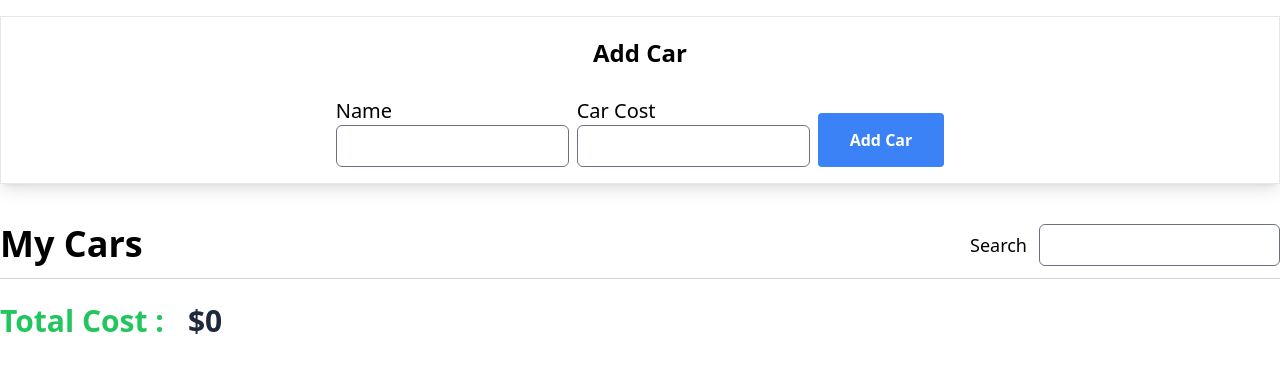
Repository: Marhamat92/carsappreduxtoolkit
Page: /
The author's editor kept a copy of each file at every save. The page is drawn from the files as they stood at one save, then again after the next save.
The browser window is 1280 px wide. The pictures show the whole page.
The project was rebuilt for these pictures with package versions that can differ from the ones it lists, and the page was loaded fresh each time.

Above is the page before, as saved 2023-01-24 01:00:04.

### src/index.js
import React from 'react';
import ReactDOM from 'react-dom/client';
import './index.css';
import App from './App';
import { Provider } from 'react-redux';
import { store } from './store'


const root = ReactDOM.createRoot(document.getElementById('root'));
root.render(
  <Provider store={store}>
    <App />
  </Provider>
);

### src/App.js
import CarForm from "./components/CarForm";
import CarList from "./components/CarList";
import CarSearch from "./components/CarSearch";
import CarValue from "./components/CarValue";


function App() {
  return (
    <div className="container mx-auto">
      <CarForm />
      <CarSearch />
      <CarList />
      <CarValue />
    </div>
  );
}

export default App;

### src/store/index.js
import { configureStore } from "@reduxjs/toolkit";
import {
  carsReducer,
  addCar,
  removeCar,
  changeSearchTerm,
} from "./slices/carsSlice";
import { formReducer, changeName, changeCost } from "./slices/formSlice";

const store = configureStore({
  reducer: {
    cars: carsReducer,
    form: formReducer,
  },
})

export { store, addCar, removeCar, changeSearchTerm, changeName, changeCost };

### src/components/CarForm.js
import React from 'react'
import { useDispatch, useSelector } from 'react-redux'
import { changeName, changeCost, addCar } from '../store'



function CarForm() {
  const dispatch = useDispatch(); // this is the hook that allows us to dispatch actions to the store
  const { name, cost } = useSelector((state) => { // this is the hook that allows us to access the store
    return {
      name: state.form.name,
      cost: state.form.cost
    }
  })


  const handleNameChange = (e) => {
    dispatch(changeName(e.target.value))
  }

  const handleCostChange = (e) => {
    const carCost = parseInt(e.target.value) || 0;
    dispatch(changeCost(carCost))

  }


  const handleSubmit = (e) => {
    e.preventDefault();
    dispatch(addCar({ name, cost }))
  }


  //!after adding a car, clear the form fields with extra reducers which will be added to the formSlice,otherwise we can use dispatch(changeName('')) and dispatch(changeCost(0)) to clear the form fields but it is not a good practice



  return (
    <div className='flex flex-col items-center justify-center border shadow-lg py-4 mt-4'>
      <h1 className='font-bold text-2xl py-1' >Add Car</h1>
      <div className='mt-6'>
        <form onSubmit={handleSubmit} className=''>
          <div className='flex flex-row space-x-2 '>
            <div className='flex flex-col'>
              <label className='text-xl' htmlFor='make'>Name</label>
              <input className=' border border-gray-500 rounded-md py-2

              ' value={name} onChange={handleNameChange} type='text' name='carName' id='carName' />
            </div>
            <div className='flex flex-col'>
              <label className='text-xl' htmlFor='price'>Car Cost</label>
              <input className=' border border-gray-500 rounded-md py-2

              ' value={cost || ''} onChange={handleCostChange} type='number' name='price' id='price' />
            </div>
            <div className='flex '>
              <button className='bg-blue-500 hover:bg-blue-700 text-white font-bold   px-8 rounded mt-4' type='submit'>Add Car</button>
            </div>
          </div>


        </form>
      </div>
    </div>
  )
}

export default CarForm

### src/components/CarList.js
import React from 'react'
import { useSelector, useDispatch } from 'react-redux'
import { removeCar } from '../store'


function CarList() {


  const dispatch = useDispatch();

  const cars = useSelector(({ cars: { searchTerm, data } }) => {   //! <--- destructuring the state object to get the searchTerm and data properties
    return data.filter((car) => {
      return car.name.toLowerCase().includes(searchTerm.toLowerCase())
    })
  })

  const handleDeleteCar = (car) => {
    dispatch(removeCar(car.id))
  }



  const renderedCars = cars.map((car) => {
    return (
      <div className='flex justify-between space-y-3 items-center shadow-lg mt-4 py-2 px-4 rounded-md' key={car.id}>
        <p className='text-3xl' >{car.name} - ${car.cost}</p>
        <button onClick={() => handleDeleteCar(car)} className='bg-red-500 px-4 py-2 text-3xl rounded-md'>
          Remove
        </button>
      </div>
    )
  })




  return (
    <div>{renderedCars}</div>
  )
}

export default CarList

### src/components/CarSearch.js
import React from 'react'
import { useSelector, useDispatch } from 'react-redux'
import { changeSearchTerm } from '../store'


function CarSearch() {

  const dispatch = useDispatch();
  const searchTerm = useSelector((state) => {

    return state.cars.searchTerm

  })

  const handleSearchCarTerm = (e) => {
    dispatch(changeSearchTerm(e.target.value))
  }



  return (
    <div>
      <div className='flex justify-between mt-10 border-b border-gray-300 pb-3' >
        <h1 className='text-4xl font-bold' >My Cars</h1>
        <div className='flex space-x-3 items-center' >
          <label className='text-lg' htmlFor="">Search</label>
          <input value={searchTerm} onChange={handleSearchCarTerm} className='pl-2 border border-gray-500 py-2 rounded-md' type="text" />
        </div>
      </div>
    </div>
  )
}

export default CarSearch

### src/components/CarValue.js
import React from 'react'
import { useSelector } from 'react-redux'

function CarValue() {

  const totalCost = useSelector(({ cars: { data, searchTerm } }) =>
    data.filter((car) => car.name.toLowerCase().includes(searchTerm.toLowerCase())
    )
      .reduce((acc, car) => acc + car.cost, 0)
  );



  return (
    <div className='flex  space-x-6 mt-6'>
      <h1 className='text-3xl font-bold text-green-500' >Total Cost :</h1>
      <h1 className='text-3xl font-bold text-slate-800'>${totalCost}</h1>
    </div>
  )
}

export default CarValue

### src/store/slices/carsSlice.js
import { createSlice, nanoid } from '@reduxjs/toolkit';

const carsSlice = createSlice({
  name: 'cars',
  initialState: {
    data: [],
    searchTerm: ''
  },
  reducers: {
    changeSearchTerm(state, action) {
      state.searchTerm = action.payload;
    },
    addCar(state, action) {
      //Assumption:
      //action.payload is an object with the following properties:
      //name, cost, id
      state.data.push({
        name: action.payload.name,
        cost: action.payload.cost,
        id: nanoid()
      })
    },
    removeCar(state, action) {
      //Assumption:
      //action.payload is the id of the car to remove
      const updatedCars = state.data.filter((car) => {
        return car.id !== action.payload;
      })
      state.data = updatedCars;
    }

  }
})

export const { changeSearchTerm, addCar, removeCar } = carsSlice.actions;
export const carsReducer = carsSlice.reducer;

### src/store/slices/formSlice.js
import { createSlice } from '@reduxjs/toolkit';
import { addCar } from './carsSlice';

const formSlice = createSlice({
  name: 'form',
  initialState: {
    name: '',
    cost: 0
  },
  reducers: {
    changeName(state, action) {
      state.name = action.payload;
    },
    changeCost(state, action) {
      state.cost = action.payload;
    }
  },
  extraReducers(builder) {
    builder.addCase(addCar, (state, action) => {
      state.name = '';
      state.cost = 0;
    })
  }
})

//extraReducers is a function that takes a builder object as an argument and we can use the builder object to add extra reducers to the formSlice
//addCase is a function that takes an action and a reducer as arguments and adds the reducer to the formSlice
//the reducer will be called when the action is dispatched


export const { changeName, changeCost } = formSlice.actions;
export const formReducer = formSlice.reducer;

Loaded but not shown: public/index.html (common file); src/index.css (common file); tailwind.config.js (common file)

After the next save:
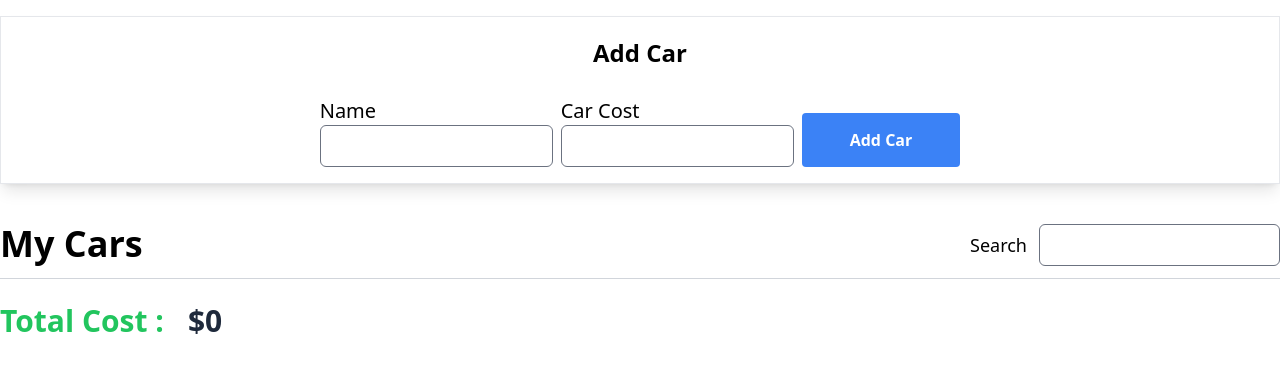
Saved 13 s later.
--- a/src/components/CarForm.js
+++ b/src/components/CarForm.js
@@ -54,7 +54,7 @@ function CarForm() {
               ' value={cost || ''} onChange={handleCostChange} type='number' name='price' id='price' />
             </div>
             <div className='flex '>
-              <button className='bg-blue-500 hover:bg-blue-700 text-white font-bold   px-8 rounded mt-4' type='submit'>Add Car</button>
+              <button className='bg-blue-500 hover:bg-blue-700 text-white font-bold   px-12 rounded mt-4' type='submit'>Add Car</button>
             </div>
           </div>
 
